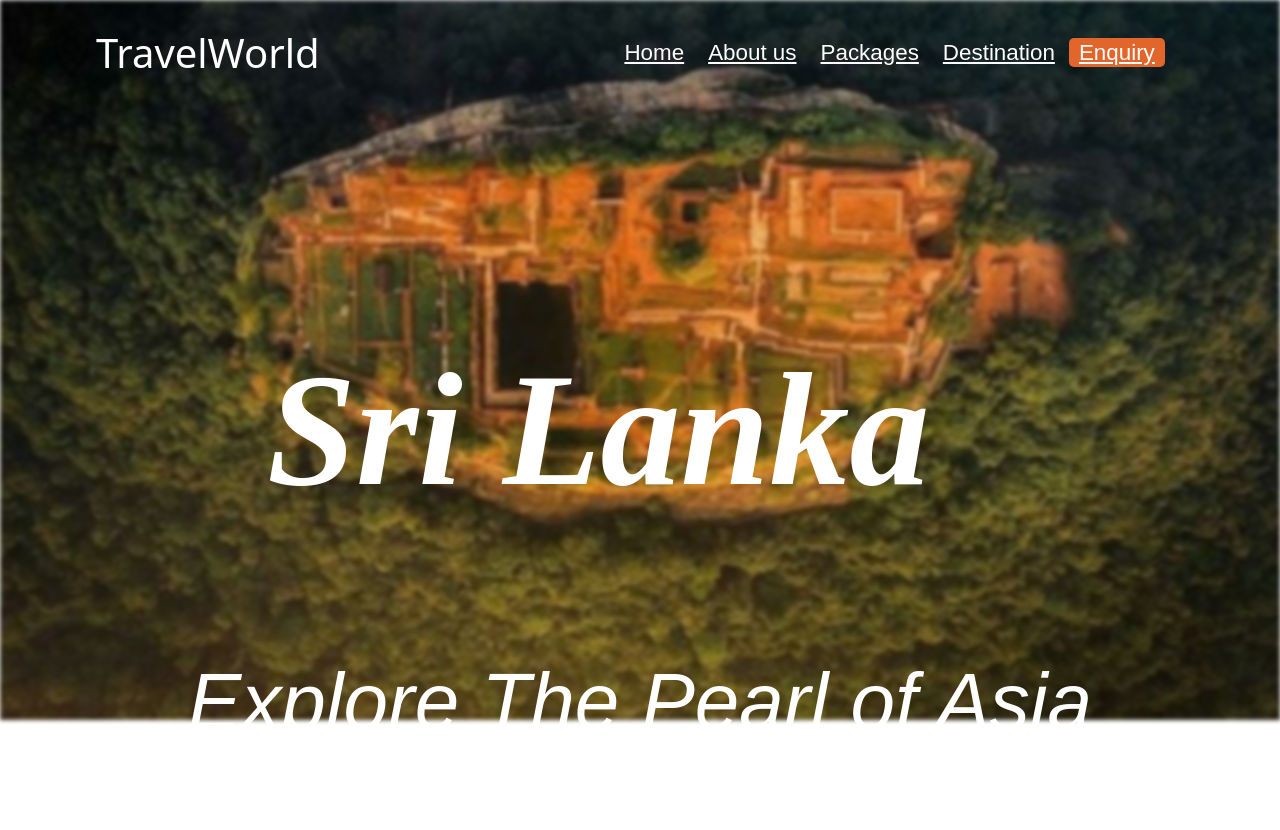
Repository: Haakim19/TavelWorld
Page: HTML/Home.html
An editor plug-in stored every save of this project. The page is shown before and after the next save, followed by the edit.
The browser window is 1280 px wide. The pictures show the whole page.
Some web fonts or font styles are not loaded; a fallback is used.

Above is the page before, as saved 2024-11-02 10:54:14.

After the next save:
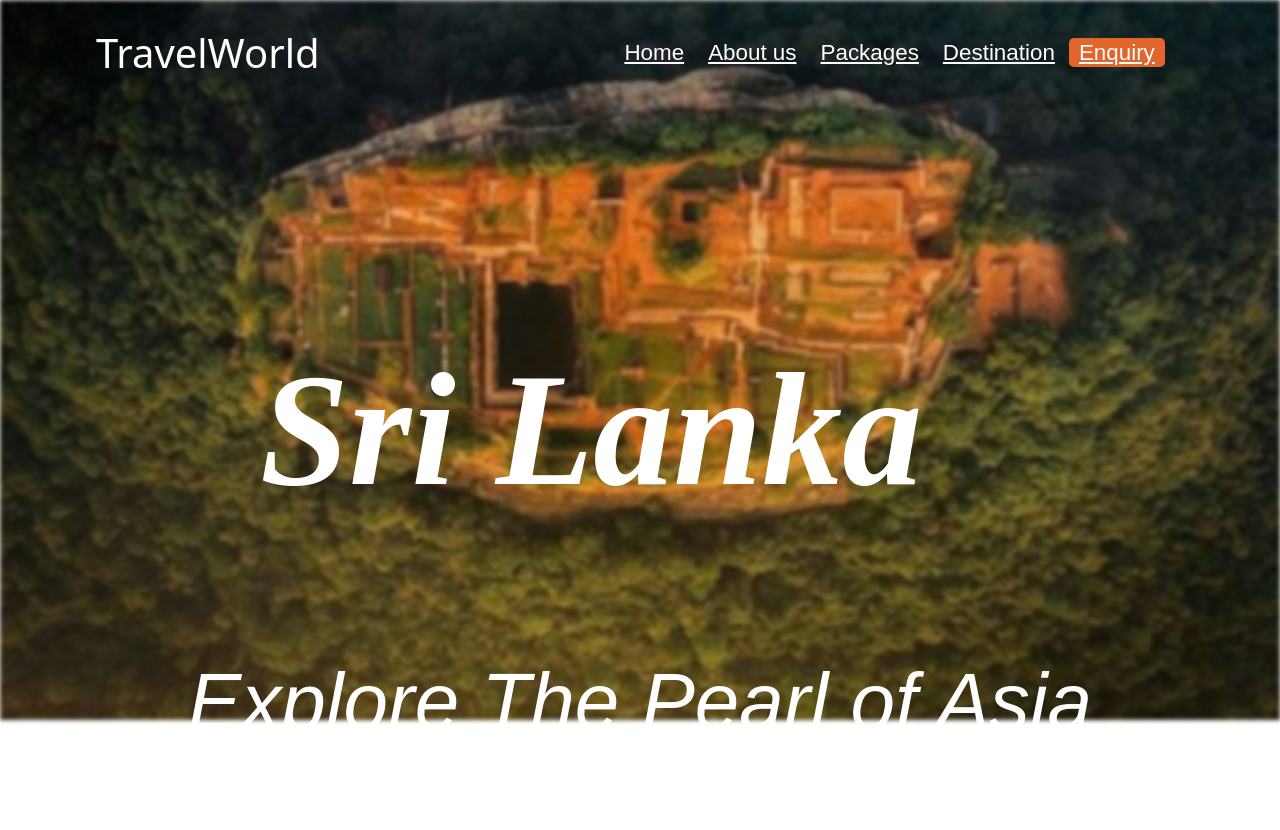
Saved 4 s later.
--- a/CSS/Navbar.css
+++ b/CSS/Navbar.css
@@ -79,7 +79,7 @@ section {
     font-weight: 700;
     font-style:italic;
     font-size: 10rem;
-    margin-left: 11vh;
+    margin-left: 10vh;
 }
 
 .hero .hero-overlay p {
